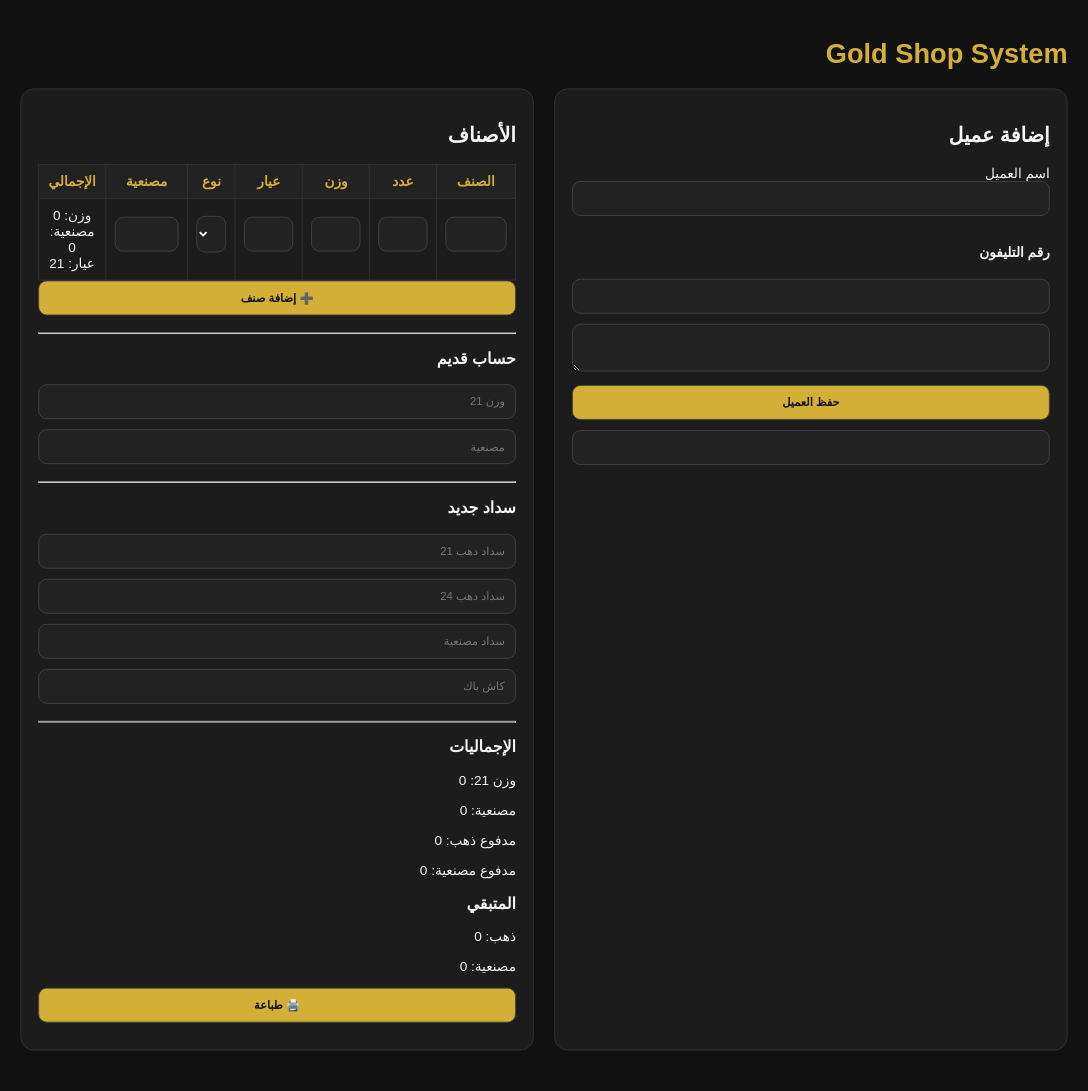
Repository: erineehab27/gold-shop
Page: /
An editor plug-in stored every save of this project. The page is shown before and after a run of saves, followed by the edit.
The browser window is 1280 px wide. The pictures show the whole page, at 85% of full size.
The project was rebuilt for these pictures with package versions that can differ from the ones it lists, and the page was loaded fresh each time. Also part of the build but not shown: vite.config.js, src/printpage.jsx.

Above is the page before, as saved 2026-05-11 12:32:08.

### index.html
<!doctype html>
<html lang="en">
  <head>
    <meta charset="UTF-8" />
    <link rel="icon" type="image/svg+xml" href="/favicon.svg" />
    <meta name="viewport" content="width=device-width, initial-scale=1.0" />
    <title>gold-shop-system</title>
  </head>
  <body>
    <div id="root"></div>
    <script type="module" src="/src/main.jsx"></script>
  </body>
</html>

### src/main.jsx
// import React from "react";
// import ReactDOM from "react-dom/client";
// import App from "./App.jsx";

// ReactDOM.createRoot(document.getElementById("root")).render(
//   <React.StrictMode>
//     <App />
//   </React.StrictMode>
// );





import React from "react";
import ReactDOM from "react-dom/client";
import App from "./App.jsx";
import PrintPage from "./printpage.jsx";
import { BrowserRouter, Routes, Route } from "react-router-dom";

ReactDOM.createRoot(document.getElementById("root")).render(
  <BrowserRouter>
    <Routes>
      <Route path="/" element={<App />} />
      <Route path="/print" element={<PrintPage />} />
    </Routes>
  </BrowserRouter>
);

### src/App.jsx


// import { useEffect, useState } from "react";
// import { useNavigate } from "react-router-dom";
// import "./App.css";

// export default function App() {
//   const navigate = useNavigate();
//   const [customers, setCustomers] = useState([]);
//   const [selectedCustomer, setSelectedCustomer] = useState(null);
//   const [search, setSearch] = useState("");

//   const [customerForm, setCustomerForm] = useState({
//     name: "",
//     phone: "",
//     notes: "",
//   });

//   const [invoices, setInvoices] = useState([]);

//   const [items, setItems] = useState([
//     { name: "", count: "", weight: "", karat: "", workmanship: "", type: "gram" }
//   ]);

//   const [oldGold, setOldGold] = useState("");
//   const [oldWorkmanship, setOldWorkmanship] = useState("");

//   const [payGold, setPayGold] = useState("");
//   const [payWorkmanshipNow, setPayWorkmanshipNow] = useState("");

//   useEffect(() => {
//     const savedCustomers = JSON.parse(localStorage.getItem("customers")) || [];
//     const savedInvoices = JSON.parse(localStorage.getItem("invoices")) || [];

//     setCustomers(savedCustomers);
//     setInvoices(savedInvoices);
//   }, []);

//   const fix = (num) => Number(Number(num).toFixed(2));

//   const addCustomer = (e) => {
//     e.preventDefault();
//     if (!customerForm.name) return alert("اكتب اسم العميل");

//     const newCustomer = { id: Date.now(), ...customerForm };
//     const updated = [...customers, newCustomer];

//     setCustomers(updated);
//     localStorage.setItem("customers", JSON.stringify(updated));

//     setCustomerForm({ name: "", phone: "", notes: "" });
//     alert("تم حفظ العميل ✅");
//   };

//   const handleSearch = (value) => {
//     setSearch(value);
//     const all = JSON.parse(localStorage.getItem("customers")) || [];

//     if (!value) return setCustomers(all);

//     const filtered = all.filter(
//       (c) =>
//         c.name.includes(value) ||
//         c.phone.includes(value) ||
//         String(c.id).includes(value)
//     );

//     setCustomers(filtered);
//   };

//   const handleItemChange = (index, field, value) => {
//     const updated = [...items];
//     updated[index][field] = value;
//     setItems(updated);
//   };

//   const addRow = () => {
//     setItems([
//       ...items,
//       { name: "", count: "", weight: "", karat: "", workmanship: "", type: "gram" }
//     ]);
//   };

//   // 🔥 الإجماليات (المعدلة فقط)
//   let totalWeight21 = 0;
//   let totalWorkmanship = 0;

//   items.forEach((item) => {
//     const count = Number(item.count || 0);
//     const weight = Number(item.weight || 0);
//     const karat = Number(item.karat || 0);
//     const workmanship = Number(item.workmanship || 0);

//     let itemWeight = count * weight;
//     let itemWork = 0;

//     if (item.type === "piece") {
//       itemWork = count * workmanship;
//     } else {
//       itemWork = itemWeight * workmanship;
//     }

//     // 🔥 التحويل الصح (هنا بس)
//     let weight21 = 0;

//     if (karat === 24) {
//       weight21 = (itemWeight * 999.9) / 875;
//     } else if (karat === 21) {
//       weight21 = itemWeight;
//     } else {
//       weight21 = (itemWeight * karat) / 875;
//     }

//     totalWeight21 += weight21;
//     totalWorkmanship += itemWork;
//   });

//   // حساب قديم
//   totalWeight21 += Number(oldGold || 0);
//   totalWorkmanship += Number(oldWorkmanship || 0);

//   // السداد
//   const customerInvoices = invoices.filter(
//     (inv) => inv.customer_id === selectedCustomer?.id
//   );

//   let paidGold = 0;
//   let paidWork = 0;

//   customerInvoices.forEach((inv) => {
//     paidGold += Number(inv.totalPaid21 || 0);
//     paidWork +=
//       Number(inv.workmanshipTotal || 0) -
//       Number(inv.remainingWorkmanship || 0);
//   });

//   const totalPaidGold = paidGold + Number(payGold || 0);
//   const totalPaidWork = paidWork + Number(payWorkmanshipNow || 0);

//   const remainingGold = fix(totalWeight21 - totalPaidGold);
//   const remainingWork = fix(totalWorkmanship - totalPaidWork);

//   return (
//     <div className="app">
//       <h1>Gold Shop System</h1>

//       <div className="grid">
//         {/* الشمال */}
//         <section className="card">
//           <h2>إضافة عميل</h2>

//           <form onSubmit={addCustomer}>
//             <label>اسم العميل</label>
//             <input
//               value={customerForm.name}
//               onChange={(e) =>
//                 setCustomerForm({ ...customerForm, name: e.target.value })
//               }
//             />

//             <label>رقم التليفون</label>
//             <input
//               value={customerForm.phone}
//               onChange={(e) =>
//                 setCustomerForm({ ...customerForm, phone: e.target.value })
//               }
//             />

//             <label>ملاحظات</label>
//             <textarea
//               value={customerForm.notes}
//               onChange={(e) =>
//                 setCustomerForm({ ...customerForm, notes: e.target.value })
//               }
//             />

//             <button>حفظ العميل</button>
//           </form>

//           <label>بحث</label>
//           <input value={search} onChange={(e) => handleSearch(e.target.value)} />

//           <div className="list">
//             {customers.map((c) => (
//               <div
//                 key={c.id}
//                 className="customer"
//                 onClick={() => setSelectedCustomer(c)}
//               >
//                 <strong>#{c.id} - {c.name}</strong>
//                 <span>{c.phone}</span>
//               </div>
//             ))}
//           </div>
//         </section>

//         {/* اليمين */}
//         <section className="card">
//           <h2>الأصناف</h2>

//           {selectedCustomer && <p>{selectedCustomer.name}</p>}

//           <table>
//             <thead>
//               <tr>
//                 <th>الصنف</th>
//                 <th>عدد</th>
//                 <th>وزن</th>
//                 <th>عيار</th>
//                 <th>نوع</th>
//                 <th>مصنعية</th>
//                 <th>الإجمالي</th>
//               </tr>
//             </thead>

//             <tbody>
//               {items.map((item, i) => {
//                 const count = Number(item.count || 0);
//                 const weight = Number(item.weight || 0);
//                 const karat = Number(item.karat || 0);
//                 const workmanship = Number(item.workmanship || 0);

//                 let itemWeight = count * weight;
//                 let itemWork = 0;

//                 if (item.type === "piece") {
//                   itemWork = count * workmanship;
//                 } else {
//                   itemWork = itemWeight * workmanship;
//                 }

//                 return (
//                   <tr key={i}>
//                     <td><input onChange={(e) => handleItemChange(i, "name", e.target.value)} /></td>
//                     <td><input onChange={(e) => handleItemChange(i, "count", e.target.value)} /></td>
//                     <td><input onChange={(e) => handleItemChange(i, "weight", e.target.value)} /></td>
//                     <td><input onChange={(e) => handleItemChange(i, "karat", e.target.value)} /></td>
//                     <td>
//                       <select onChange={(e) => handleItemChange(i, "type", e.target.value)}>
//                         <option value="gram">جرام</option>
//                         <option value="piece">قطعة</option>
//                       </select>
//                     </td>
//                     <td><input onChange={(e) => handleItemChange(i, "workmanship", e.target.value)} /></td>

//                     {/* ❗ متلمسناش هنا */}
//                     <td>
//                       وزن: {fix(itemWeight)} <br />
//                       مصنعية: {fix(itemWork)} <br />
//                       عيار: {karat === 24 ? "24" : "21"}
//                     </td>
//                   </tr>
//                 );
//               })}
//             </tbody>
//           </table>

//           <button onClick={addRow}>➕ إضافة صنف</button>

//           <hr />

//           <h3>حساب قديم</h3>
//           <input placeholder="وزن 21" onChange={(e) => setOldGold(e.target.value)} />
//           <input placeholder="مصنعية" onChange={(e) => setOldWorkmanship(e.target.value)} />

//           <hr />

//           <h3>سداد جديد</h3>
//           <input placeholder="سداد دهب 21" onChange={(e) => setPayGold(e.target.value)} />
//           <input placeholder="سداد مصنعية" onChange={(e) => setPayWorkmanshipNow(e.target.value)} />

//           <hr />

//           <h3>الإجماليات</h3>
//           <p>وزن 21: {fix(totalWeight21)}</p>
//           <p>مصنعية: {fix(totalWorkmanship)}</p>
//           <p>مدفوع ذهب: {fix(totalPaidGold)}</p>
//           <p>مدفوع مصنعية: {fix(totalPaidWork)}</p>

//           <h3>المتبقي</h3>
//           <p>ذهب: {remainingGold}</p>
//           <p>مصنعية: {remainingWork}</p>

//           {/* <button
//   onClick={() =>
//     navigate("/print", {
//       state: {
//         customer,
//         invoices
//       }
//     })
//   }
// >
//   🖨️ طباعة
// </button> */
// <button
//   onClick={() =>
//     navigate("/print", {
//       state: {
//         customer: selectedCustomer,
//         invoices: customerInvoices,
//         items: items, // 🔥 مهم
//         oldGold,
//         oldWorkmanship,
//         payGold,
//         payWorkmanshipNow
//       }
//     })
//   }
// >
//   🖨️ طباعة
// </button>
// }
//         </section>
//       </div>
//     </div>
//   );
// }
















import { useEffect, useState } from "react";
import { useNavigate } from "react-router-dom";
import "./App.css";

export default function App() {
  const navigate = useNavigate();
  const [customers, setCustomers] = useState([]);
  const [selectedCustomer, setSelectedCustomer] = useState(null);
  const [search, setSearch] = useState("");

  const [customerForm, setCustomerForm] = useState({
    name: "",
    phone: "",
    notes: "",
  });

  const [invoices, setInvoices] = useState([]);

  const [items, setItems] = useState([
    { name: "", count: "", weight: "", karat: "", workmanship: "", type: "gram" }
  ]);

  const [oldGold, setOldGold] = useState("");
  const [oldWorkmanship, setOldWorkmanship] = useState("");

  const [payGold, setPayGold] = useState("");
  const [payGold24, setPayGold24] = useState(""); // 🔥 جديد
  const [payWorkmanshipNow, setPayWorkmanshipNow] = useState("");
  const [cashBack, setCashBack] = useState("");   // 🔥 جديد

  useEffect(() => {
    const savedCustomers = JSON.parse(localStorage.getItem("customers")) || [];
    const savedInvoices = JSON.parse(localStorage.getItem("invoices")) || [];

    setCustomers(savedCustomers);
    setInvoices(savedInvoices);
  }, []);

  const fix = (num) => Number(Number(num).toFixed(2));

  const addCustomer = (e) => {
    e.preventDefault();
    if (!customerForm.name) return alert("اكتب اسم العميل");

    const newCustomer = { id: Date.now(), ...customerForm };
    const updated = [...customers, newCustomer];

    setCustomers(updated);
    localStorage.setItem("customers", JSON.stringify(updated));

    setCustomerForm({ name: "", phone: "", notes: "" });
    alert("تم حفظ العميل ✅");
  };

  const handleSearch = (value) => {
    setSearch(value);
    const all = JSON.parse(localStorage.getItem("customers")) || [];

    if (!value) return setCustomers(all);

    const filtered = all.filter(
      (c) =>
        c.name.includes(value) ||
        c.phone.includes(value) ||
        String(c.id).includes(value)
    );

    setCustomers(filtered);
  };

  const handleItemChange = (index, field, value) => {
    const updated = [...items];
    updated[index][field] = value;
    setItems(updated);
  };

  const addRow = () => {
    setItems([
      ...items,
      { name: "", count: "", weight: "", karat: "", workmanship: "", type: "gram" }
    ]);
  };

  // 🔥 الحساب (زي ما هو + تعديل التحويل فقط)
  let totalWeight21 = 0;
  let totalWorkmanship = 0;

  items.forEach((item) => {
    const count = Number(item.count || 0);
    const weight = Number(item.weight || 0);
    const karat = Number(item.karat || 0);
    const workmanship = Number(item.workmanship || 0);

    let itemWeight = count * weight;
    let itemWork = 0;

    if (item.type === "piece") {
      itemWork = count * workmanship;
    } else {
      itemWork = itemWeight * workmanship;
    }

    // 🔥 التحويل الصح
    let weight21 = 0;

    if (karat === 24) {
      weight21 = (itemWeight * 999.9) / 875;
    } else if (karat === 21) {
      weight21 = itemWeight;
    } else {
      weight21 = (itemWeight * karat) / 875;
    }

    totalWeight21 += weight21;
    totalWorkmanship += itemWork;
  });

  // حساب قديم
  totalWeight21 += Number(oldGold || 0);
  totalWorkmanship += Number(oldWorkmanship || 0);

  // السداد القديم
  const customerInvoices = invoices.filter(
    (inv) => inv.customer_id === selectedCustomer?.id
  );

  let paidGold = 0;
  let paidWork = 0;

  customerInvoices.forEach((inv) => {
    paidGold += Number(inv.totalPaid21 || 0);
    paidWork +=
      Number(inv.workmanshipTotal || 0) -
      Number(inv.remainingWorkmanship || 0);
  });

  // 🔥 تحويل سداد 24 → 21
  const payGold24_to21 = (Number(payGold24 || 0) * 999.9) / 875;

  const totalPaidGold =
    paidGold +
    Number(payGold || 0) +
    payGold24_to21;

  const totalPaidWork =
    paidWork +
    Number(payWorkmanshipNow || 0) +
    Number(cashBack || 0);

  const remainingGold = fix(totalWeight21 - totalPaidGold);
  const remainingWork = fix(totalWorkmanship - totalPaidWork);

  return (
    <div className="app">
      <h1>Gold Shop System</h1>

      <div className="grid">
        {/* الشمال */}
        <section className="card">
          <h2>إضافة عميل</h2>

          <form onSubmit={addCustomer}>
            <label> <h4></h4>اسم العميل</label>
            <input
              value={customerForm.name}
              onChange={(e) =>
                setCustomerForm({ ...customerForm, name: e.target.value })
              }
            />
            <label> <h4>رقم التليفون</h4></label>
            <input
              value={customerForm.phone}
              onChange={(e) =>
                setCustomerForm({ ...customerForm, phone: e.target.value })
              }
            />
            <textarea
              value={customerForm.notes}
              onChange={(e) =>
                setCustomerForm({ ...customerForm, notes: e.target.value })
              }
            />
            <button>حفظ العميل</button>
          </form>

          <input value={search} onChange={(e) => handleSearch(e.target.value)} />

          <div className="list">
            {customers.map((c) => (
              <div key={c.id} onClick={() => setSelectedCustomer(c)}>
                {c.name}
              </div>
            ))}
          </div>
        </section>

        {/* اليمين */}
        <section className="card">
          <h2>الأصناف</h2>

          {selectedCustomer && <p>{selectedCustomer.name}</p>}

          {/* ❗❗❗ الجزء دا متلمسش خالص زي ما هو */}
          <table>
            <thead>
              <tr>
                <th>الصنف</th>
                <th>عدد</th>
                <th>وزن</th>
                <th>عيار</th>
                <th>نوع</th>
                <th>مصنعية</th>
                <th>الإجمالي</th>
              </tr>
            </thead>

            <tbody>
              {items.map((item, i) => {
                const count = Number(item.count || 0);
                const weight = Number(item.weight || 0);
                const karat = Number(item.karat || 0);
                const workmanship = Number(item.workmanship || 0);

                let itemWeight = count * weight;
                let itemWork = 0;

                if (item.type === "piece") {
                  itemWork = count * workmanship;
                } else {
                  itemWork = itemWeight * workmanship;
                }

                return (
                  <tr key={i}>
                    <td><input onChange={(e) => handleItemChange(i, "name", e.target.value)} /></td>
                    <td><input onChange={(e) => handleItemChange(i, "count", e.target.value)} /></td>
                    <td><input onChange={(e) => handleItemChange(i, "weight", e.target.value)} /></td>
                    <td><input onChange={(e) => handleItemChange(i, "karat", e.target.value)} /></td>
                    <td>
                      <select onChange={(e) => handleItemChange(i, "type", e.target.value)}>
                        <option value="gram">جرام</option>
                        <option value="piece">قطعة</option>
                      </select>
                    </td>
                    <td><input onChange={(e) => handleItemChange(i, "workmanship", e.target.value)} /></td>
                    <td>
                      وزن: {fix(itemWeight)} <br />
                      مصنعية: {fix(itemWork)} <br />
                      عيار: {karat === 24 ? "24" : "21"}
                    </td>
                  </tr>
                );
              })}
            </tbody>
          </table>

          <button onClick={addRow}>➕ إضافة صنف</button>

          <hr />

          <h3>حساب قديم</h3>
          <input placeholder="وزن 21" onChange={(e) => setOldGold(e.target.value)} />
          <input placeholder="مصنعية" onChange={(e) => setOldWorkmanship(e.target.value)} />

          <hr />

          <h3>سداد جديد</h3>
          <input placeholder="سداد دهب 21" onChange={(e) => setPayGold(e.target.value)} />
          <input placeholder="سداد دهب 24" onChange={(e) => setPayGold24(e.target.value)} />
          <input placeholder="سداد مصنعية" onChange={(e) => setPayWorkmanshipNow(e.target.value)} />
          <input placeholder="كاش باك" onChange={(e) => setCashBack(e.target.value)} />

          <hr />

          <h3>الإجماليات</h3>
          <p>وزن 21: {fix(totalWeight21)}</p>
          <p>مصنعية: {fix(totalWorkmanship)}</p>
          <p>مدفوع ذهب: {fix(totalPaidGold)}</p>
          <p>مدفوع مصنعية: {fix(totalPaidWork)}</p>

          <h3>المتبقي</h3>
          <p>ذهب: {remainingGold}</p>
          <p>مصنعية: {remainingWork}</p>

          <button
            onClick={() =>
              navigate("/print", {
                state: {
                  customer: selectedCustomer,
                  invoices: customerInvoices,
                  items,
                  oldGold,
                  oldWorkmanship,
                  payGold,
                  payGold24,
                  payWorkmanshipNow,
                  cashBack
                }
              })
            }
          >
            🖨️ طباعة
          </button>
        </section>
      </div>
    </div>
  );
}

### src/App.css
body {
  margin: 0;
  font-family: Arial, sans-serif;
  background: #111;
  color: #f5f5f5;
  direction: rtl;
}

.app {
  padding: 24px;
}

h1 {
  color: #d4af37;
}

.grid {
  display: grid;
  grid-template-columns: 1fr 1fr;
  gap: 24px;
}

.card {
  background: #1c1c1c;
  border: 1px solid #333;
  border-radius: 16px;
  padding: 20px;
  margin-bottom: 24px;
}

input,
textarea,
select,
button {
  width: 100%;
  padding: 12px;
  margin-bottom: 12px;
  border-radius: 10px;
  border: 1px solid #444;
  box-sizing: border-box;
}

input,
textarea,
select {
  background: #222;
  color: white;
}

button {
  background: #d4af37;
  color: #111;
  font-weight: bold;
  cursor: pointer;
}

.customer {
  padding: 12px;
  background: #222;
  margin-bottom: 8px;
  border-radius: 10px;
  cursor: pointer;
}

.customer:hover {
  background: #333;
}

.customer span {
  display: block;
  color: #aaa;
  margin-top: 4px;
}

table {
  width: 100%;
  border-collapse: collapse;
  margin-top: 16px;
}

th,
td {
  border: 1px solid #333;
  padding: 10px;
  text-align: center;
}

th {
  background: #222;
  color: #d4af37;
}

.debt {
  color: #ff6b6b;
}

.credit {
  color: #4ade80;
}

After the next 2 saves:
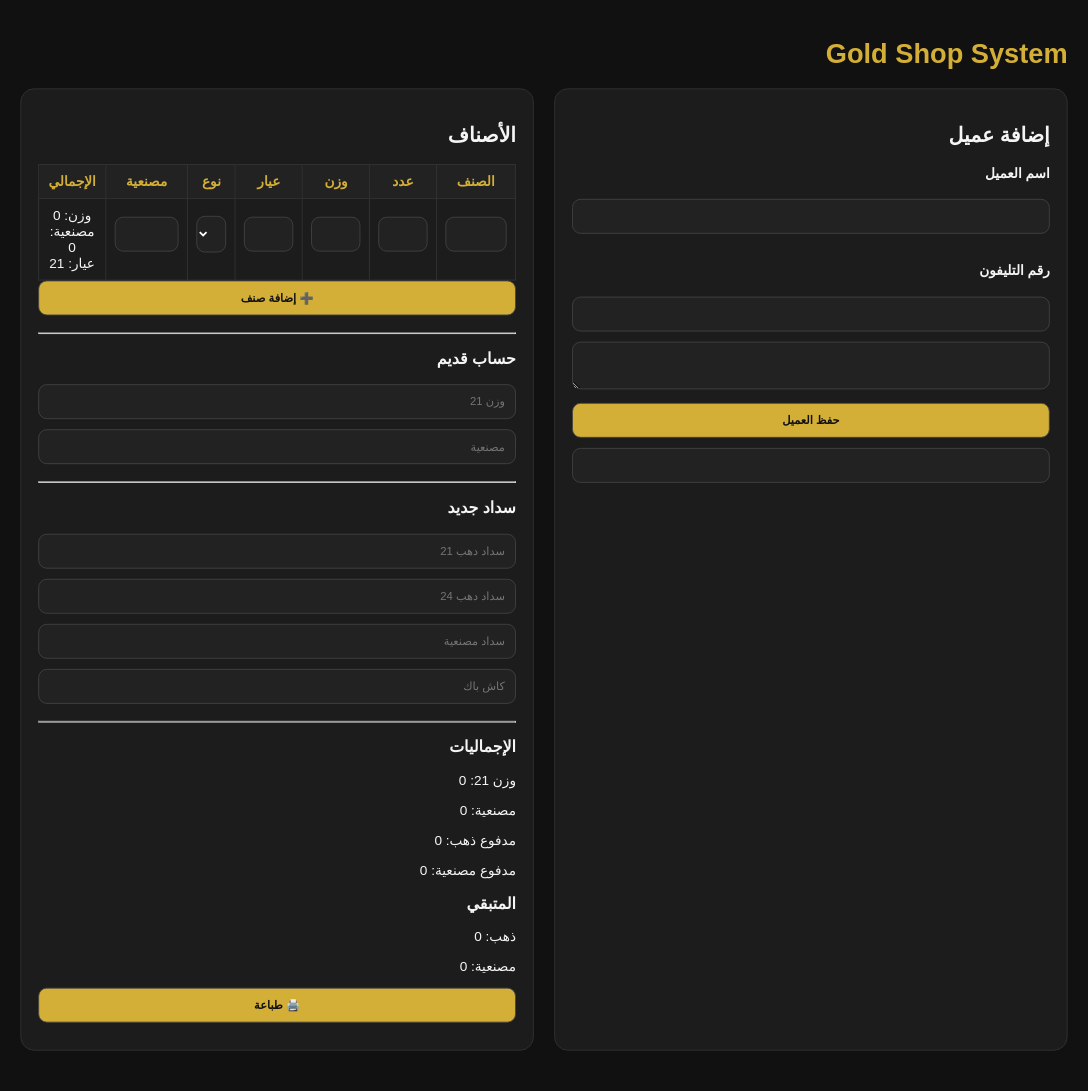
The 2 saves are shown as one change because they came seconds apart.
The last was saved 11 s later.
--- a/src/App.jsx
+++ b/src/App.jsx
@@ -494,7 +494,7 @@ export default function App() {
           <h2>إضافة عميل</h2>
 
           <form onSubmit={addCustomer}>
-            <label> <h4></h4>اسم العميل</label>
+            <label> <h4>اسم العميل</h4></label>
             <input
               value={customerForm.name}
               onChange={(e) =>
